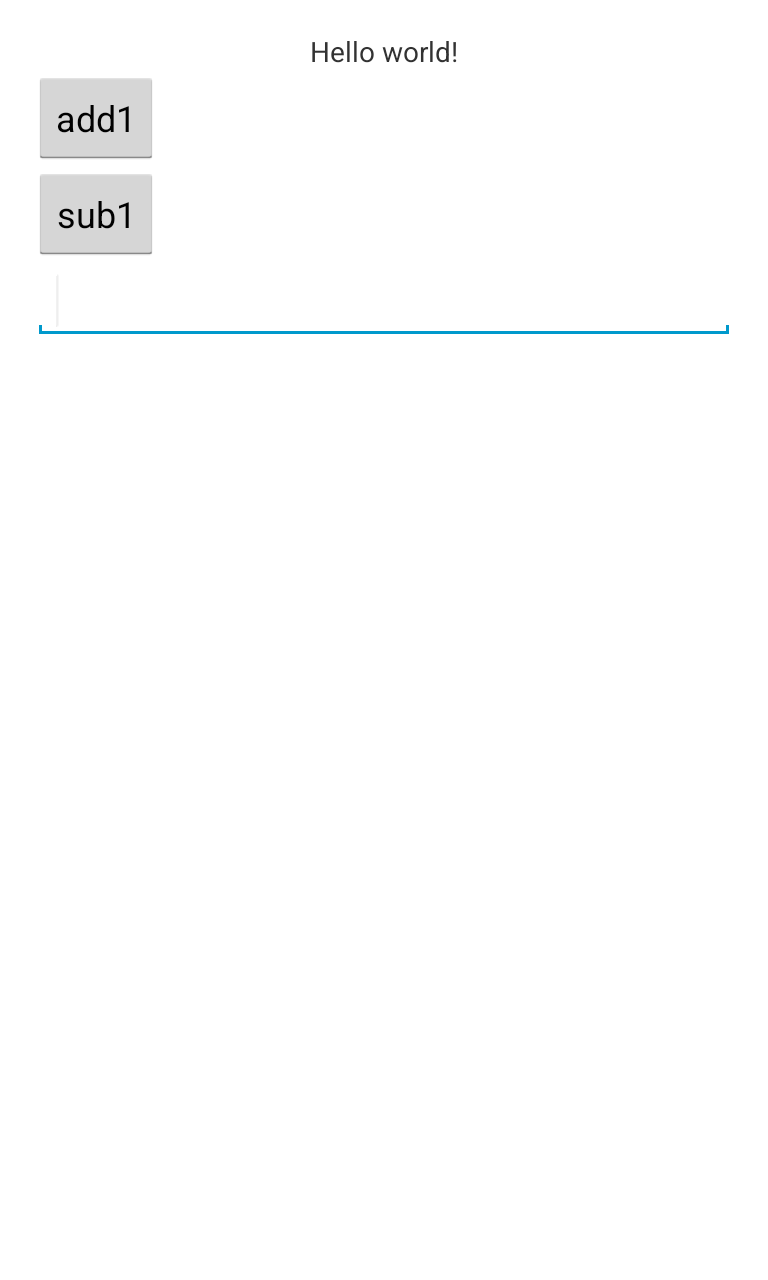
Repository: ShigerD/AndroidSample
Layout: Sample/Sample4/Sample4_2/Button/res/layout/activity_main.xml
These files come from the project's save history. The layout is drawn as it stood at one moment and after the next save; the edit follows.
It is drawn on a 768 x 1280 px phone screen (xhdpi) without system bars, with theme AppTheme; the app's code is not run.

Above is the layout before, as saved 2016-08-19 03:57:13.

After the next save:
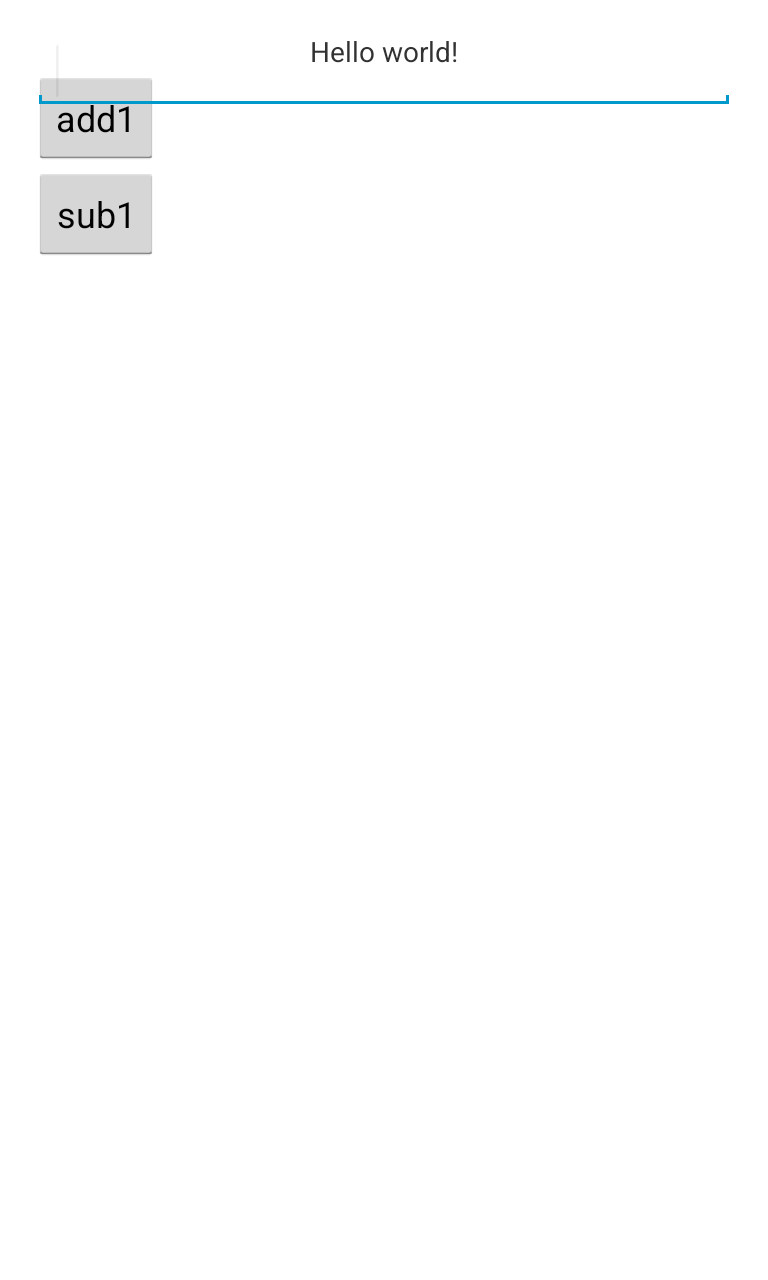
Saved 19 s later.
--- a/Sample/Sample4/Sample4_2/Button/res/layout/activity_main.xml
+++ b/Sample/Sample4/Sample4_2/Button/res/layout/activity_main.xml
@@ -44,8 +44,8 @@
     <LinearLayout
         android:layout_width="match_parent"
         android:layout_height="wrap_content"
-        android:layout_alignLeft="@+id/linearLayout3"
-        android:layout_below="@+id/linearLayout2" >
+
+        android:layout_below="@+id/linearLayout3" >
 
         <EditText
             android:id="@+id/editText1"

After the save that followed:
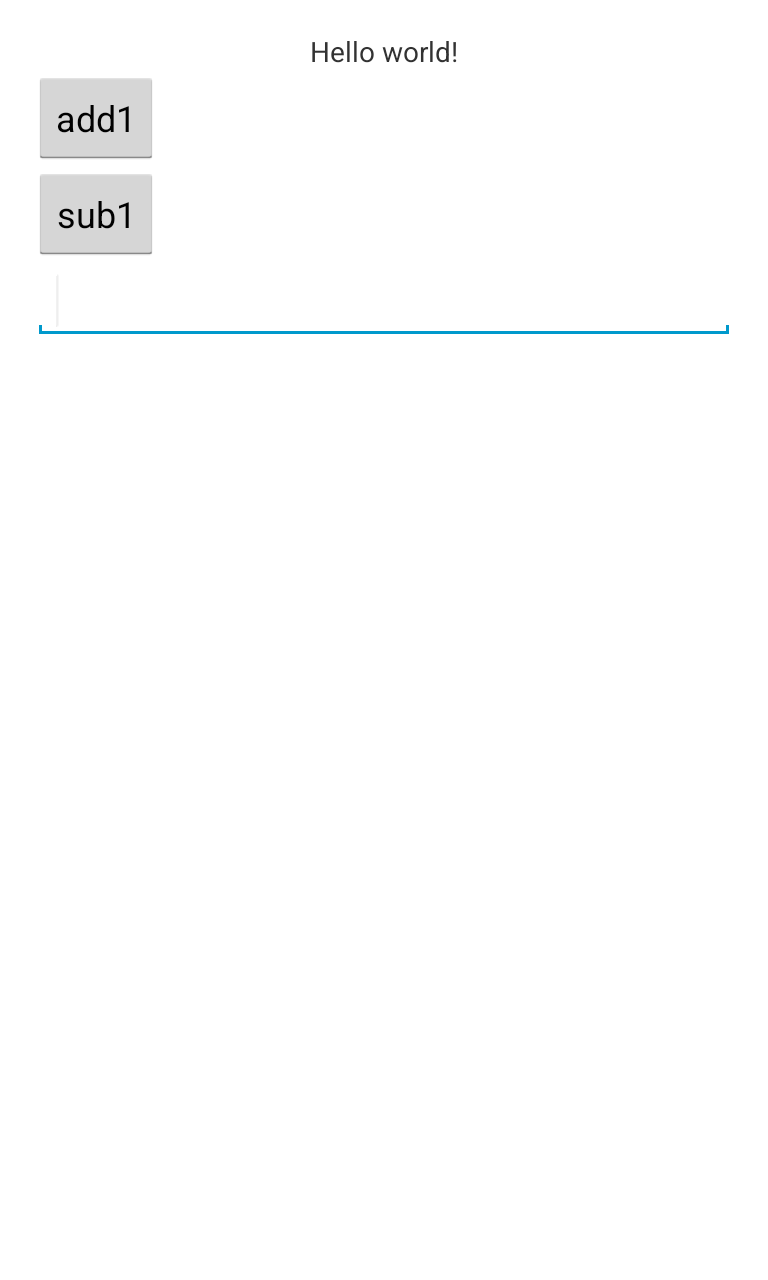
Saved 28 s later.
--- a/Sample/Sample4/Sample4_2/Button/res/layout/activity_main.xml
+++ b/Sample/Sample4/Sample4_2/Button/res/layout/activity_main.xml
@@ -42,10 +42,11 @@
     </LinearLayout>
 
     <LinearLayout
+        android:id="@+id/linearLayout3"
         android:layout_width="match_parent"
         android:layout_height="wrap_content"
 
-        android:layout_below="@+id/linearLayout3" >
+        android:layout_below="@+id/linearLayout2" >
 
         <EditText
             android:id="@+id/editText1"
